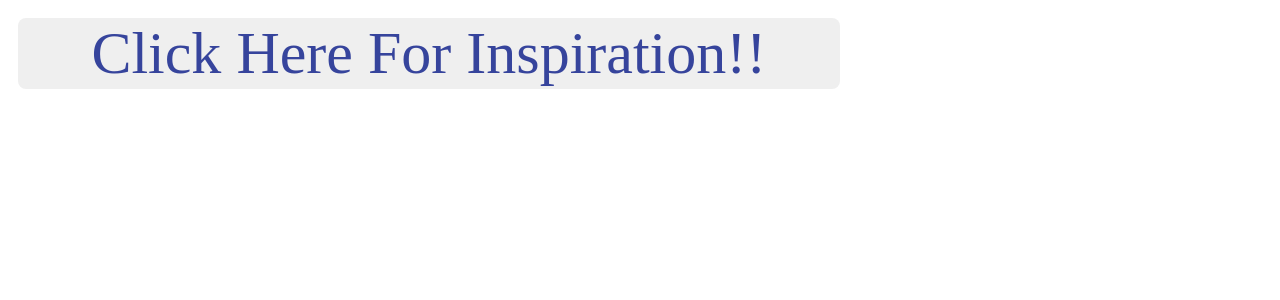
Repository: Hogwartsalumni/Inspire
Page: main.html
The author's editor kept a record of every edit. The page is drawn from the files as they stood at one moment, then again after the next edit.
The browser window is 1280 px wide. The pictures show the whole page.

Above is the page before.

After the next edit:
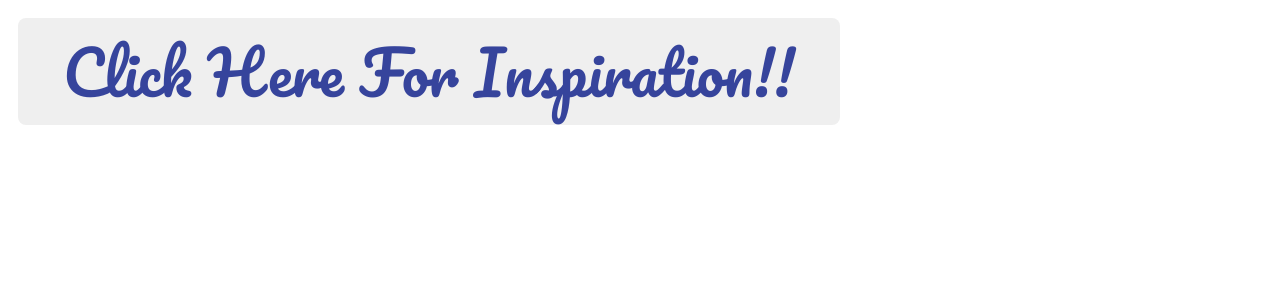
The edit:
--- a/main.html
+++ b/main.html
@@ -5,6 +5,7 @@
     <link rel="icon" href="rainbow.png" type="image/x-icon"></a>
     <link rel="stylesheet" href="main.css" type="text/css">
     <link href="https://fonts.googleapis.com/css2?family=Nunito&family=Quicksand&display=swap" rel="stylesheet">
+    <link href="https://fonts.googleapis.com/css2?family=Pacifico&family=Quicksand&display=swap" rel="stylesheet">
     <title>Inspire</title>
   </head>
   <body>
